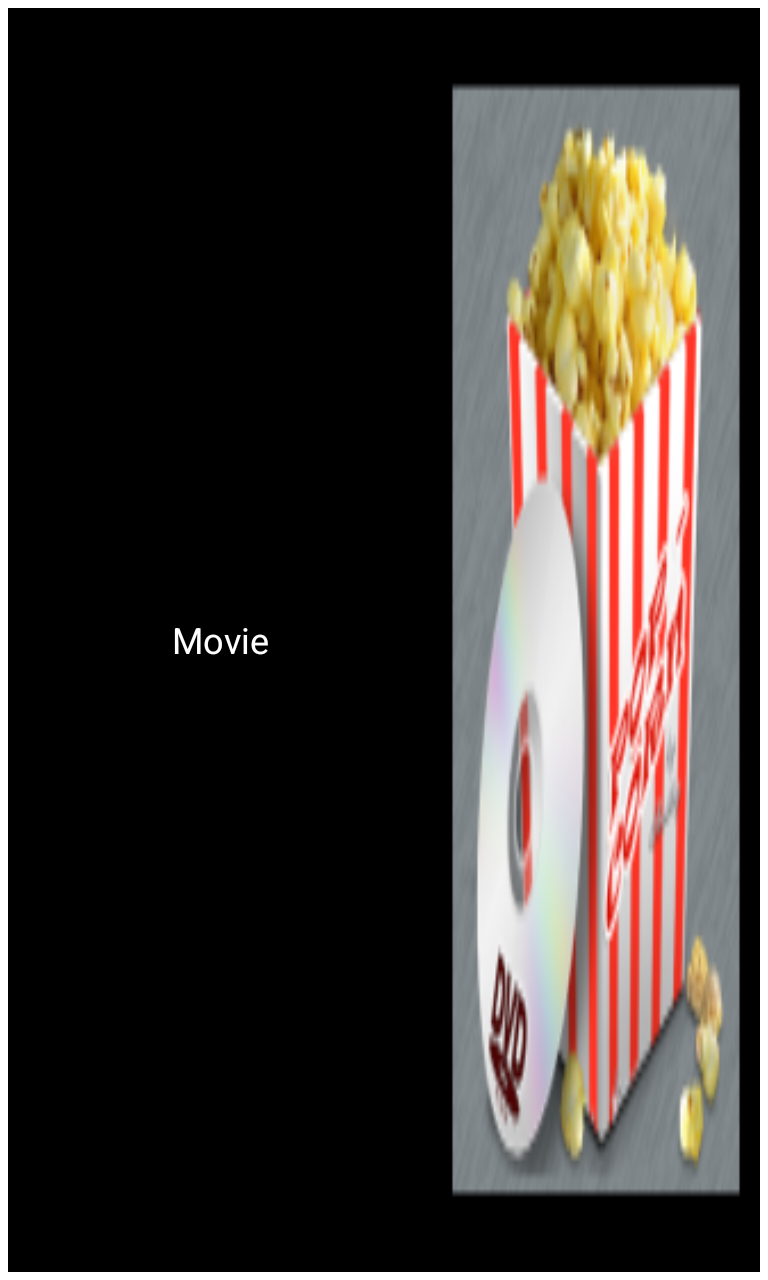
Repository: efreestone/MDF3_Freestone
Layout: MDF3Project3/res/layout/widget_layout.xml
These files come from the project's save history. The layout is drawn as it stood at one moment and after the next save; the edit follows.
It is drawn on a 768 x 1280 px phone screen (xhdpi) without system bars, with theme AppTheme; the app's code is not run.

Above is the layout before, as saved 2014-07-25 03:27:50.

After the next save:
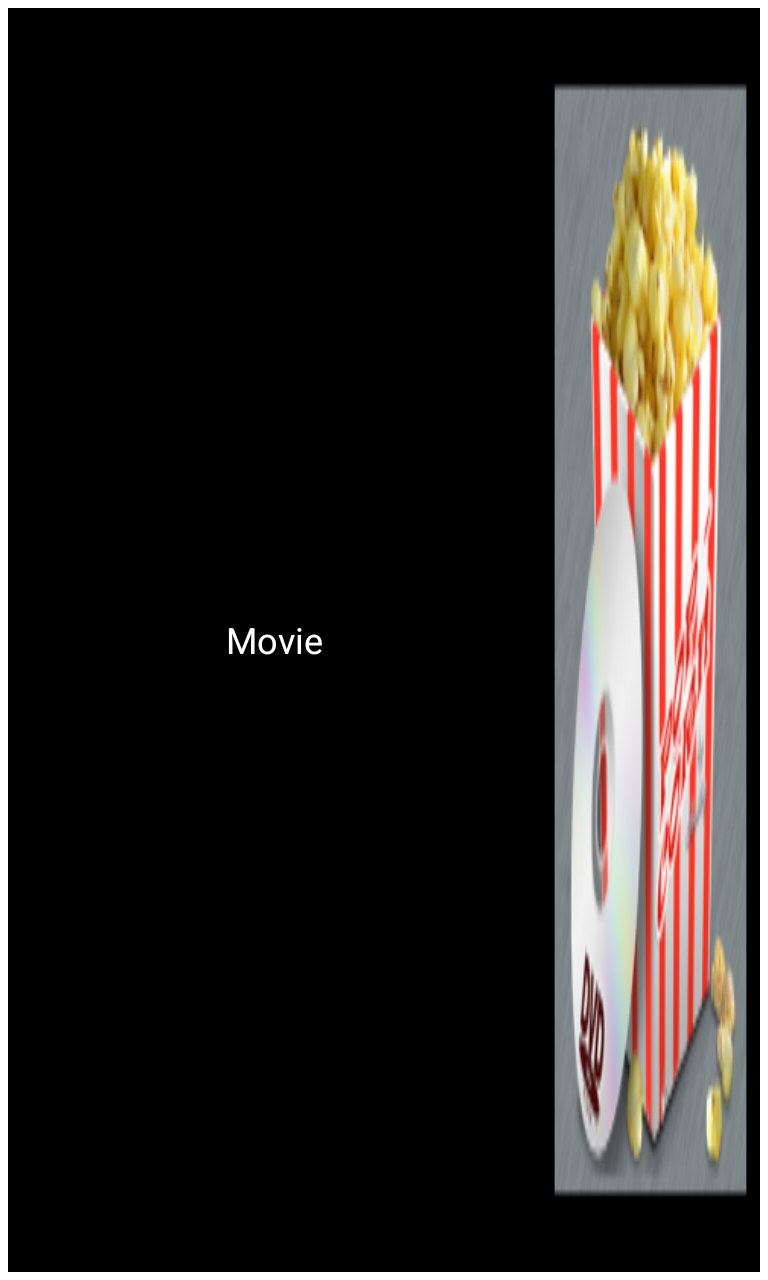
Saved 54 s later.
--- a/MDF3Project3/res/layout/widget_layout.xml
+++ b/MDF3Project3/res/layout/widget_layout.xml
@@ -17,7 +17,7 @@
             android:gravity="center"
             android:textAppearance="?android:attr/textAppearanceMedium"
             android:textColor="#ffffff"
-            android:layout_weight="1"
+            android:layout_weight="2"
             android:layout_marginLeft="4dp"
             android:layout_marginRight="4dp"
             android:text="Movie"/>

After the save that followed:
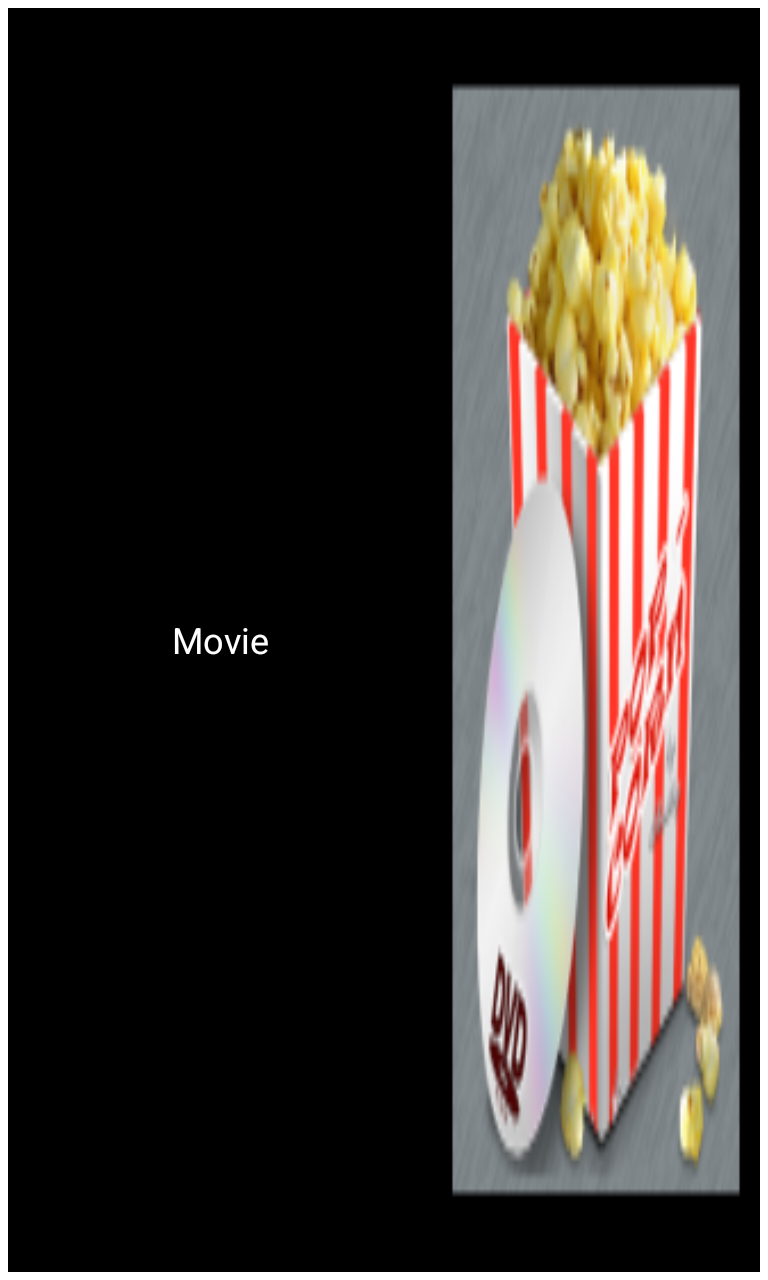
Saved 23 s later.
--- a/MDF3Project3/res/layout/widget_layout.xml
+++ b/MDF3Project3/res/layout/widget_layout.xml
@@ -17,7 +17,7 @@
             android:gravity="center"
             android:textAppearance="?android:attr/textAppearanceMedium"
             android:textColor="#ffffff"
-            android:layout_weight="2"
+            android:layout_weight="1"
             android:layout_marginLeft="4dp"
             android:layout_marginRight="4dp"
             android:text="Movie"/>
